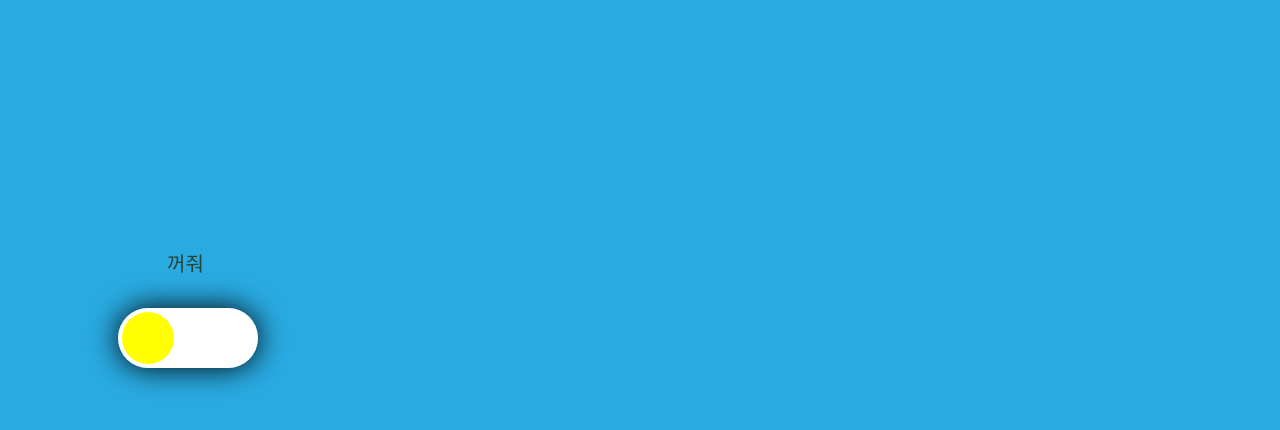
Repository: bulzzom/BULZZOM-web
Page: bulzzom.html
The author's editor kept a record of every edit. The page is drawn from the files as they stood at one moment, then again after the next edit.
The browser window is 1280 px wide. The pictures show the whole page.

Above is the page before.

### bulzzom.html
<!DOCTYPE html>

<html>
    <head>
        <meta name="viewport" content="width=device-width, initial-scale=1" charset="utf-8">
        <title>Bulzzom</title>
        <link rel="stylesheet" type="text/css" href="bulzzom.css">
    </head>
    <body class="bulzzomBody">

        <label class="switch">
          <input type="checkbox">
          <span class="slider round">
                <span class="crater crater--1"></span>
                <span class="crater crater--2"></span>
                <span class="crater crater--3"></span>
            </span>
            <span class="star star--1"></span>
            <span class="star star--2"></span>
            <span class="star star--3"></span>
            <span class="star star--4"></span>
            <span class="star star--5"></span>
            <span class="star star--6"></span>
        </label>
    </body>
</html>

### bulzzom.css
@charset "utf-8";
.bulzzomBody {
   background-image: url("day.png");

    background-size: 100%;
}

.splashBody {
    background-color: #261658;
}

.splash {
    background-color: #261658;
    border-color: #7AF6C4;
    border-style: solid;
    border-radius: 10px;
    border-width: 5px;
    color: #7AF6C4;
    font-size: 150px;
    width: 32%;
    height: 32%;
    padding: 2%;
    margin-left: 32%;
    margin-top: 60%;
    text-align: center;
    text-shadow: 0 0 10px #fff, 0 0 15px  #fff, 0 0 25px  #fff, 0 0 40px  #7AF6C4, 0 0 70px  #7AF6C4, 0 0 90px  #7AF6C4, 0 0 90px  #7AF6C4;
    box-shadow:  0px 0px 30px #000000;
}

.eng {
     text-align: justify;
    font-size: 55px;
    margin:0px;
}

.switch {
  position: relative;
  display: inline-block;
  width: 140px;
  height: 60px;
  top: 300px;
  left: 110px;
  border-radius: 34px;
  box-shadow:  0px 0px 30px #000000;
}

.switch input {
  opacity: 0;
  width: 0;
  height: 0;
}

.slider {
  position: absolute;
  cursor: pointer;
  top: 0;
  left: 0;
  right: 0;
  bottom: 0;
  background-color: #ffffff;
  -webkit-transition: .4s;
  transition: .4s;

}

.slider:before {
  position: absolute;
  content: "";
  height: 52px;
  width: 52px;
  left: 4px;
  bottom: 4px;

  -webkit-transition: .4s;
  transition: .4s;
}

input:checked + .slider {
    background-color: #022449;
}


input:focus + .slider {
    box-shadow: 0 0 1px #2196F3;
}

input:checked + .slider:before {
    -webkit-transform: translateX(80px);
    -ms-transform: translateX(80px);
    transform: translateX(80px);
    background-color: #F2F2F2;
}



/* Rounded sliders */
.slider.round {
  border-radius: 34px;
  transition: all 400ms cubic-bezier(0.68, -0.55, 0.265, 1.55);

}

.slider.round:before {
    border-radius: 50%;
    background-color: yellow;
}

/* Rounded sliders */
.slider:after
{
    content:'꺼줘';
    display: block;
    position: absolute;
    transform: translate(0%,0%);
    top: -100%;
    left: 35%;
    font-size: 20px;
    color: #264437;
    font-family: Verdana, sans-serif;
}

input:checked + .slider:after
{
    content:'켜줘';
}
/*
.slider:after .bulzzomBody{
    background-image:url("night.png");
}
*/

After the next edit:
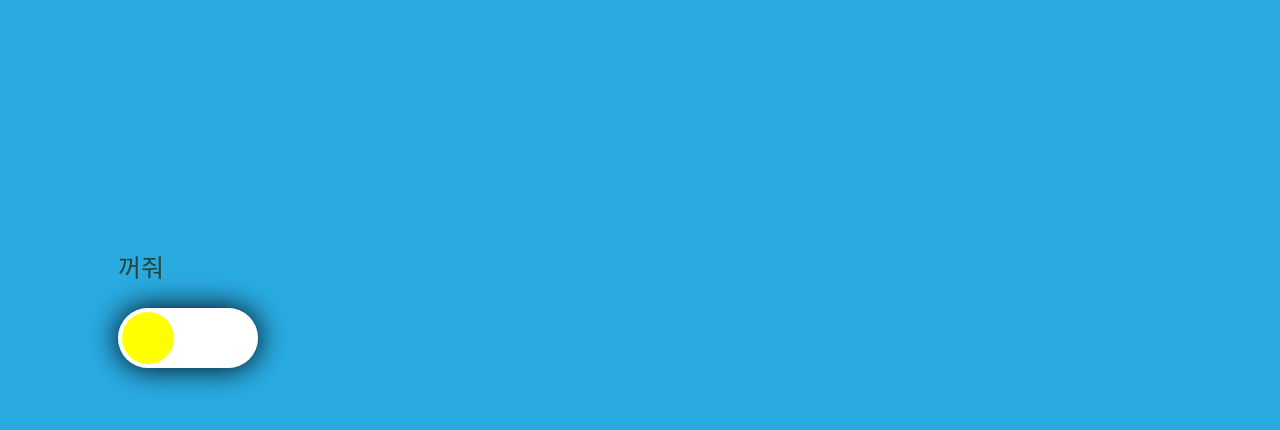
The edit:
--- a/bulzzom.css
+++ b/bulzzom.css
@@ -113,8 +113,8 @@
     position: absolute;
     transform: translate(0%,0%);
     top: -100%;
-    left: 35%;
-    font-size: 20px;
+    text-align:center;
+    font-size: 25px;
     color: #264437;
     font-family: Verdana, sans-serif;
 }
